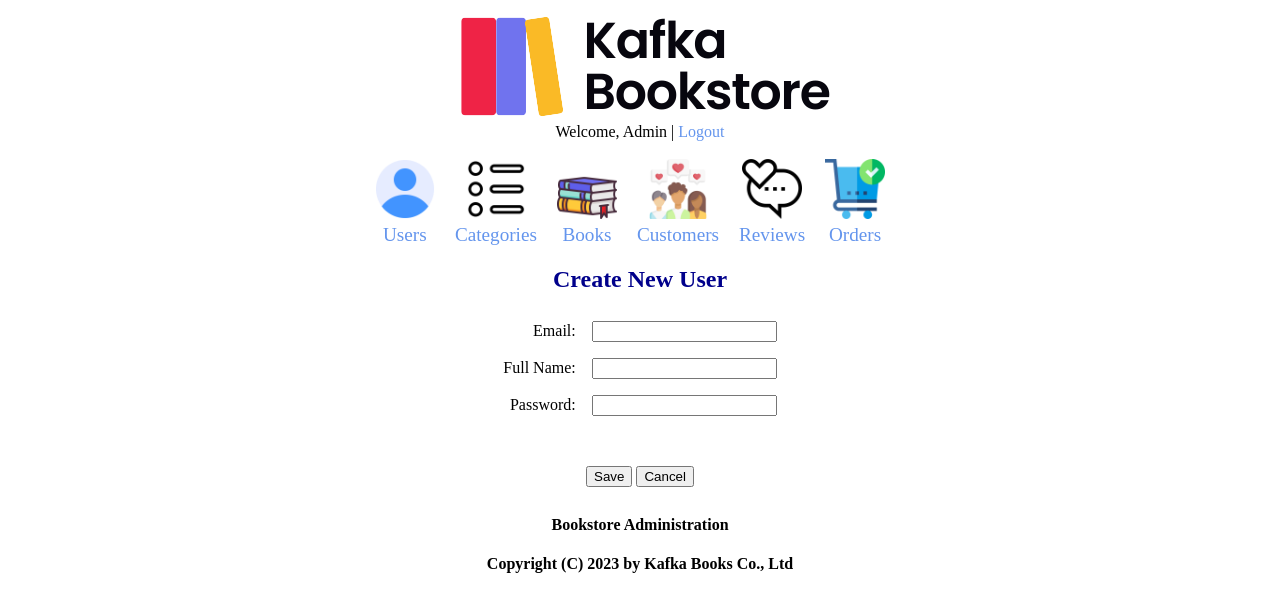
Repository: janvi2502/BookStore
Page: http://localhost/BookStoreWebsite/admin/user_form.jsp
These files come from the project's save history. The page is drawn as it stood at one moment and after the next save; the edit follows.
The browser window is 1280 px wide. The pictures show the whole page.
The page is served by Tomcat 10. Nobody is signed in. The application's start-up code is not run.

Above is the page before, as saved 2023-12-28 10:59:17.

After the next save:
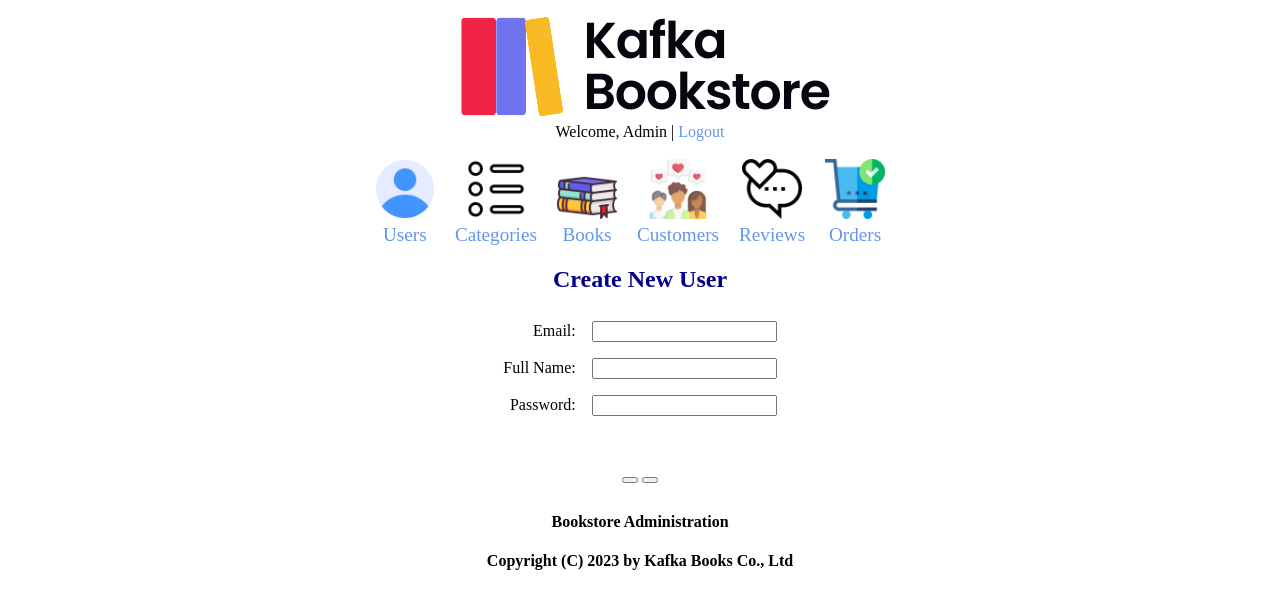
Saved 56 s later.
--- a/BookStoreWebsite/WebContent/admin/user_form.jsp
+++ b/BookStoreWebsite/WebContent/admin/user_form.jsp
@@ -53,9 +53,9 @@
 			</tr>
 			<tr>
 				<td colspan="2" align="center">
-				<input type="submit" value="Save" />
-				<input type="button" value="Cancel"
-					onclick="javascript:history.go(-1)" /></td>
+				<button type="submit" value="Save" ></button>
+				<button type="button" value="Cancel"
+					onclick="javascript:history.go(-1)" > </button></td>
 			</tr>
 		</table>
 		</form>

After the 4 saves that followed:
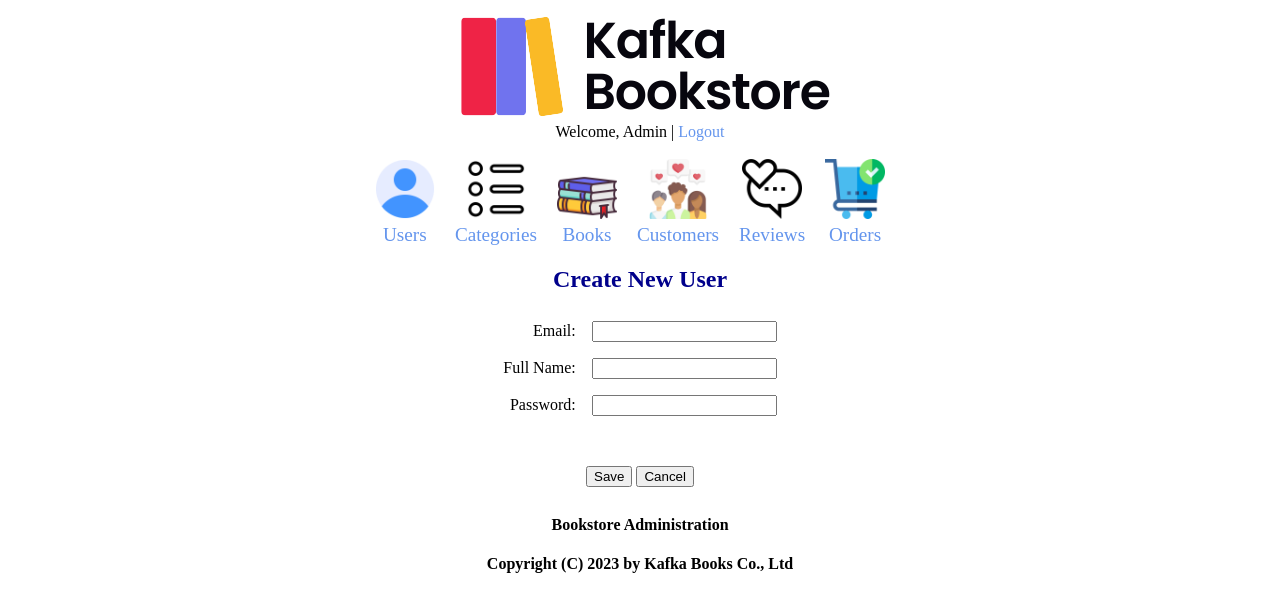
The 4 saves are shown as one change because 3 left the picture as it was.
The last was saved 47 s later.
--- a/BookStoreWebsite/WebContent/admin/user_form.jsp
+++ b/BookStoreWebsite/WebContent/admin/user_form.jsp
@@ -53,9 +53,8 @@
 			</tr>
 			<tr>
 				<td colspan="2" align="center">
-				<button type="submit" value="Save" ></button>
-				<button type="button" value="Cancel"
-					onclick="javascript:history.go(-1)" > </button></td>
+				<button type="submit" >Save</button>
+				<button onclick="javascript:history.go(-1)" >Cancel</button></td>
 			</tr>
 		</table>
 		</form>
